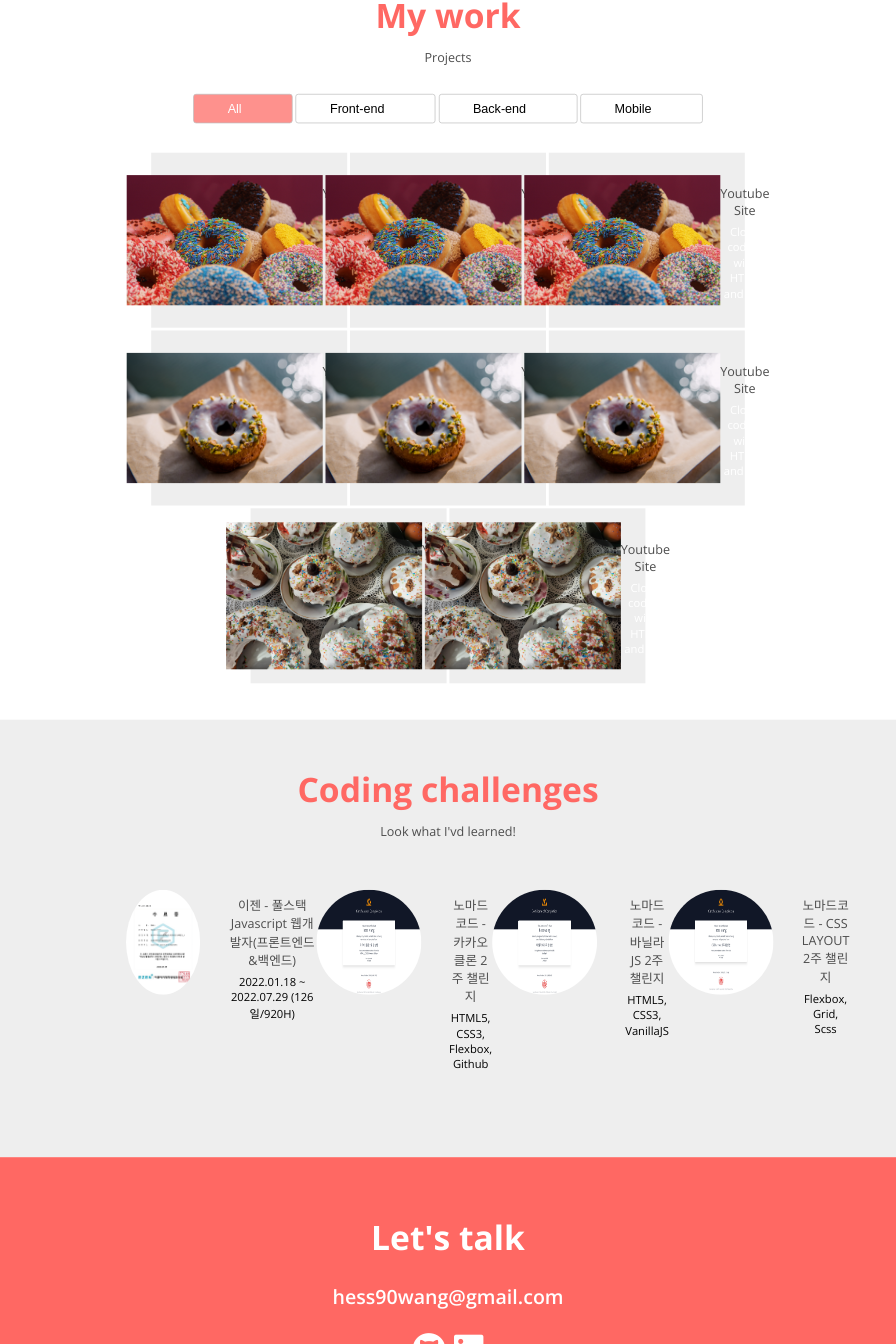
Repository: hesshess/Portfolio
Page: index.html
These files come from the project's save history. The page is drawn as it stood at one moment and after the next save; the edit follows.
The browser window is 1280 px wide. The pictures show the part of the page from y = 2463 to 4383 px (the page is 4524 px tall before and 4414 px after), at 70% of full size.
Some web libraries are served in a nearby version.

Above is the page before, as saved 2022-10-18 13:46:47.

### index.html
<!DOCTYPE html>
<html lang="en">
  <head>
    <meta charset="UTF-8" />
    <meta name="viewport" content="width=device-width, initial-scale=1.0" />
    <title>Hess's Portfolio</title>
    <meta
      name="description"
      content="Portfolio for world-renowed software engineer Hess"
    />
    <meta name="author" content="Hess" />
    <link rel="icon" type="image/png" href="imgs/favicon.png" />
    <script
      src="https://kit.fontawesome.com/1af2041847.js"
      crossorigin="anonymous"
    ></script>
    <link
      href="https://fonts.googleapis.com/css2?family=Amatic+SC:wght@400;700&family=Open+Sans:wght@400;600;700&display=swap"
      rel="stylesheet"
    />
    <link rel="stylesheet" href="style.css" />
    <script src="main.js" defer></script>
  </head>
  <body>
    <!-- Navbar -->
    <nav id="navbar">
      <div class="navbar__logo">
        <i class="fas fa-home"></i>
        <a href="#">Hess</a>
      </div>
      <div class="navbar__menu">
        <ul class="navbar__menu">
          <li class="navbar__menu__item active" data-link="#home">Home</li>
          <li class="navbar__menu__item" data-link="#about">About</li>
          <li class="navbar__menu__item" data-link="#skills">Skills</li>
          <li class="navbar__menu__item" data-link="#work">My Work</li>
          <li class="navbar__menu__item" data-link="#testimonials">
            Testimonial
          </li>
          <li class="navbar__menu__item" data-link="#contact">Contact</li>
        </ul>
      </div>
      <!-- Toggle button -->
      <button class="navbar__toggle-btn">
        <i class="fas fa-bars"></i>
      </button>
    </nav>
    <!-- Home -->
    <section id="home">
      <div class="home__container">
        <img
          src="imgs/profile.JPG"
          alt="Hess's profile Photo"
          class="home__avatar"
        />

        <h1 class="home__title">Hello, <br />I'm Hess</h1>
        <h2 class="home__description">
          A Softerware Engineer currently residing in Newry, Northern Ireland.
        </h2>
        <button class="home__contact" data-link="#contact">Contact Me</button>
      </div>
    </section>

    <!-- About -->

    <section id="about" class="section section__container">
      <h1>About me</h1>
      <p>Enthusiasic Fast Learner who's also interested in Back-end</p>
      <div class="about__majors">
        <div class="major">
          <div class="major__icon">
            <i class="fab fa-html5"></i>
          </div>
          <h2 class="major__title">Front-end</h2>
          <div class="major__description">
            HTML, CSS, JavaScript, TypeScript,<br />React,Vue, Web APIs
          </div>
        </div>
        <div class="major">
          <div class="major__icon">
            <i class="fas fa-mobile-alt"></i>
          </div>
          <h2 class="major__title">Mobile</h2>
          <div class="major__description">
            Android, iOS, React Native, Flutter,<br />Java, Swift, Kotlin
          </div>
        </div>
        <div class="major">
          <div class="major__icon">
            <i class="fas fa-server"></i>
          </div>
          <h2 class="major__title">Back-end</h2>
          <div class="major__description">
            Java, JavaScript, Go, NodeJS,<br />Rest APIs, GraphGL
          </div>
        </div>
      </div>
      <div class="about__jobs">
        <div class="job">
          <img
            src="imgs/jobs/city.png"
            alt="City Cuty Free"
            class="job__logo"
          />
          <div class="job__description">
            <p class="job__name">
              As a chasier, I worked at the Incheon International Airport.
            </p>
            <p class="job__period">2018 OCT - 2019 OCT</p>
          </div>
        </div>
        <div class="job">
          <img
            src="imgs/jobs/scenic.jpeg"
            alt="Scenic Hotel"
            class="job__logo"
          />
          <div class="job__description">
            <p class="job__name">
              As a housekeeper, I worked at the Scenic Hotel in New Zealand.
            </p>
            <p class="job__period">2017 NOV - 2018 MAY</p>
          </div>
        </div>
        <div class="job">
          <img
            src="imgs/jobs/bik.png"
            alt="BIK Kindergarten"
            class="job__logo"
          />
          <div class="job__description">
            <p class="job__name">
              As an asistance teacher, I helped out the children.
            </p>
            <p class="job__period">2016 SEP - 2017 June</p>
          </div>
        </div>
      </div>
    </section>

    <!-- Skills -->
    <section id="skills" class="section">
      <div class="section__container">
        <h1>Skills</h1>
        <h2>Skills & Attributes</h2>
        <p>
          Experience with all phases of the software life-cycle. Passion for
          learning new technologies. Capable of working within a team
          environment and independently. Ability to plan and time schedule, work
          under strict time pressure and adapt quickly when needed.
        </p>
        <div class="skillset">
          <div class="skillset__left">
            <h3 class="skillset__title">Skills</h3>
            <div class="skill">
              <div class="skill__description">
                <span>HTML</span>
                <span>99%</span>
              </div>
              <div class="skill__bar">
                <div class="skill__value" style="width: 99%"></div>
              </div>
            </div>
            <div class="skill">
              <div class="skill__description">
                <span>CSS</span>
                <span>89%</span>
              </div>
              <div class="skill__bar">
                <div class="skill__value" style="width: 89%"></div>
              </div>
            </div>
            <div class="skill">
              <div class="skill__description">
                <span>JavaScript</span>
                <span>79%</span>
              </div>
              <div class="skill__bar">
                <div class="skill__value" style="width: 79%"></div>
              </div>
            </div>
            <div class="skill">
              <div class="skill__description">
                <span>TypeScript</span>
                <span>69%</span>
              </div>
              <div class="skill__bar">
                <div class="skill__value" style="width: 69%"></div>
              </div>
            </div>
            <div class="skill">
              <div class="skill__description">
                <span>React</span>
                <span>59%</span>
              </div>
              <div class="skill__bar">
                <div class="skill__value" style="width: 59%"></div>
              </div>
            </div>
            <div class="skill">
              <div class="skill__description">
                <span>NodeJS</span>
                <span>49%</span>
              </div>
              <div class="skill__bar">
                <div class="skill__value" style="width: 49%"></div>
              </div>
            </div>
          </div>
          <div class="skillset__right">
            <div class="tools">
              <h3 class="skillset__title">Tools</h3>
              <ul class="tools__list">
                <li><span>Visual Studio Code</span></li>
                <li><span>Adobe Premiere Pro</span></li>
                <li><span>Apple Logic</span></li>
                <li><span>Apple Finalcut Pro</span></li>
                <li><span>Cinema 4d</span></li>
              </ul>
            </div>
            <div class="etc">
              <h3 class="skillset__title">Etc</h3>
              <ul class="etc__list">
                <li><span>Git</span></li>
                <li><span>Sing</span></li>
                <li><span>Dance</span></li>
              </ul>
            </div>
          </div>
        </div>
      </div>
    </section>
    <!-- Work -->
    <section id="work" class="section">
      <div class="section__container">
        <h1>My work</h1>
        <h3>Projects</h3>
        <div class="work__categories">
          <button class="category__btn active" data-filter="*">
            All<span class="category__count">8</span>
          </button>
          <button class="category__btn" data-filter="front-end">
            Front-end<span class="category__count">3</span>
          </button>
          <button class="category__btn" data-filter="back-end">
            Back-end<span class="category__count">3</span>
          </button>
          <button class="category__btn" data-filter="mobile">
            Mobile<span class="category__count">2</span>
          </button>
        </div>

        <div class="work__projects">
          <a
            href="깃허브링크"
            class="project"
            target="blank"
            data-type="front-end"
          >
            <img src="imgs/projects/1.jpg" alt="Youtube" class="project__img" />
            <div class="testimonial__description">
              <h3>Youtube Site</h3>
              <span>Clone coding with HTML and CSS</span>
            </div>
          </a>
          <a
            href="깃허브링크"
            class="project"
            target="blank"
            data-type="front-end"
          >
            <img src="imgs/projects/1.jpg" alt="Youtube" class="project__img" />
            <div class="testimonial__description">
              <h3>Youtube Site</h3>
              <span>Clone coding with HTML and CSS</span>
            </div>
          </a>
          <a
            href="깃허브링크"
            class="project"
            target="blank"
            data-type="front-end"
          >
            <img src="imgs/projects/1.jpg" alt="Youtube" class="project__img" />
            <div class="testimonial__description">
              <h3>Youtube Site</h3>
              <span>Clone coding with HTML and CSS</span>
            </div>
          </a>
          <a
            href="깃허브링크"
            class="project"
            target="blank"
            data-type="back-end"
          >
            <img src="imgs/projects/2.jpg" alt="Youtube" class="project__img" />
            <div class="testimonial__description">
              <h3>Youtube Site</h3>
              <span>Clone coding with HTML and CSS</span>
            </div>
          </a>
          <a
            href="깃허브링크"
            class="project"
            target="blank"
            data-type="back-end"
          >
            <img src="imgs/projects/2.jpg" alt="Youtube" class="project__img" />
            <div class="testimonial__description">
              <h3>Youtube Site</h3>
              <span>Clone coding with HTML and CSS</span>
            </div>
          </a>
          <a
            href="깃허브링크"
            class="project"
            target="blank"
            data-type="back-end"
          >
            <img src="imgs/projects/2.jpg" alt="Youtube" class="project__img" />
            <div class="testimonial__description">
              <h3>Youtube Site</h3>
              <span>Clone coding with HTML and CSS</span>
            </div>
          </a>
          <a
            href="깃허브링크"
            class="project"
            target="blank"
            data-type="mobile"
          >
            <img src="imgs/projects/3.jpg" alt="Youtube" class="project__img" />
            <div class="testimonial__description">
              <h3>Youtube Site</h3>
              <span>Clone coding with HTML and CSS</span>
            </div>
          </a>
          <a
            href="깃허브링크"
            class="project"
            target="blank"
            data-type="mobile"
          >
            <img src="imgs/projects/3.jpg" alt="Youtube" class="project__img" />
            <div class="testimonial__description">
              <h3>Youtube Site</h3>
              <span>Clone coding with HTML and CSS</span>
            </div>
          </a>
        </div>
      </div>
    </section>
    <!-- Testimonials -->
    <section id="testimonials" class="section">
      <div class="section__container">
        <h1>Coding challenges</h1>
        <h3>Look what I'vd learned!</h3>
        <div class="testimonials">
          <div class="testimonial">
            <img
              src="imgs/testimonial/certificate1.jpg"
              class="testimonial__avatar"
            />
            <div class="testimonial__description">
              <h3>이젠 - 풀스택 Javascript 웹개발자(프론트엔드&백엔드)</h3>
              <span>2022.01.18 ~ 2022.07.29 (126일/920H)</span>
            </div>
          </div>

          <div class="testimonial">
            <img
              src="imgs/testimonial/nomad1.jpg"
              class="testimonial__avatar"
            />
            <div class="testimonial__description">
              <h3>노마드코드 - 카카오 클론 2주 챌린지</h3>
              <span>HTML5, CSS3, Flexbox, Github</span>
          </div>
          </div>
          <div class="testimonial">
            <img
              src="imgs/testimonial/nomad2.jpg"
              class="testimonial__avatar"
            />
            <div class="testimonial__description">
              <h3>노마드코드 - 바닐라 JS 2주 챌린지</h3>
              <span>HTML5, CSS3, VanillaJS</span>
          </div></div>
          <div class="testimonial">
            <img
              src="imgs/testimonial/nomad3.jpg"
              class="testimonial__avatar"
            />
            <div class="testimonial__description">
              <h3>노마드코드 - CSS LAYOUT 2주 챌린지</h3>
              <span>Flexbox, Grid, Scss</span>
          </div>
        </div>
      </div>
    </section>
    <!-- Contact -->
    <section id="contact" class="section">
      <h1 class="contact__title">Let's talk</h1>
      <h2>
        <a href="mailto:hess90wang@gmail.com" class="contact__email"
          >hess90wang@gmail.com</a
        >
      </h2>
      <div class="contact__links">
        <a href="https://github.com/hesshess" target="_blank">
          <i class="fab fa-github"></i>
        </a>
        <a
          href="https://www.linkedin.com/in/hess-wang-294197254/"
          target="_blank"
        >
          <i class="fa fa-linkedin-square"></i
        ></a>
      </div>
      <p class="contact__rights">2020 HESS Cottage - All rights reserved</p>
    </section>

    <!-- Arrow up -->
    <button class="arrow-up">
      <i class="fas fa-arrow-up"></i>
    </button>
  </body>
</html>

### style.css
/* Global */
:root {
  /* Color */

  --color-white: #ffffff;

  --color-light-white: #eeeeee;

  --color-dark-white: #bdbdbd;

  --color-pink: #fe918d;

  --color-dark-pink: #ff6863;

  --color-dark-grey: #4d4d4d;

  --color-grey: #616161;

  --color-light-grey: #7c7979;

  --color-blue: #73aace;

  --color-yellow: #fff7d1;

  --color-orange: #feb546;

  --color-black: #000000;

  /* Font size */

  --font-large: 48px;

  --font-medium: 28px;

  --font-regular: 18px;

  --font-small: 16px;

  --font-micro: 14px;

  /* Font weight */

  --weight-bold: 700;

  --weight-semi-bold: 600;

  --weight-regular: 400;

  /* Size */
  --size-border-radius: 4px;

  /* Animation */
  --animation-duration: 300ms;
}

/* Universal tags */
* {
  box-sizing: border-box;
}

body {
  margin: 0;
  font-family: "Open Sans", sans-serif;
  cursor: default;
}

a {
  text-decoration: none;
  color: var(--color-white);
}
ul {
  list-style: none;
  padding-left: 0;
}
li {
  list-style: none;
}

button {
  background-color: transparent;
  cursor: pointer;
  border: none;
  outline: none;
}

/* Typography */
h1 {
  font-size: var(--font-large);
  font-weight: var(--weight-bold);
  color: var(--color-dark-pink);
  margin: 16px 0;
}

h2 {
  font-size: var(--font-medium);
  font-weight: var(--weight-semi-bold);
  color: var(--color-dark-grey);
  margin: 8px 0;
}

h3 {
  font-size: var(--font-regular);
  font-weight: var(--weight-regular);
  color: var(--color-dark-grey);
  margin: 8px 0;
}

p {
  font-size: var(--font-regular);
  font-weight: var(--weight-regular);
  color: var(--color-light-grey);
  margin: 4px 0;
}

/* Navbar */
#navbar {
  position: fixed;
  width:100%;
  display: flex;
  justify-content: space-between;
  background-color: transparent;
  align-items: center;
  color: var(--color-dark-white);
  padding: 10px;
  transition: all var(--animation-duration) ease-in-out;
  z-index:1;
}
#navbar.navbar--dark{
  background-color: var(--color-pink);
  color:var(--color-white);
  padding: 5px;

}
.navbar__menu {
  display: flex;
  margin: 4px 0;
}

.navbar__logo {
  font-size: var(--font-medium);
  font-weight: var(--weight-semi-bold);
  padding-left: 10px;
}
.navbar__menu__item {
  padding: 4px 6px;
  margin: 0 4px;
  cursor: pointer;
  border-radius: var(--size-border-radius);
}

.navbar__menu__item.active {
  border: 1.5px solid var(--color-pink);
}

.navbar__menu__item:hover {
  background-color: var(--color-dark-pink);
  border-radius: var(--size-border-radius);
}

.navbar__toggle-btn{
  position: absolute;
  top:10px;
  right:16px;
  font-size: 24px;
  color:var(--color-white);
  display:none;

}

/* Home */
#home {
  background: url("imgs/home-background.png") center/cover no-repeat;
  padding: 40px;
  padding-top:120px;
  text-align: center;
}

.home__avatar {
  width: 250px;
  height: 250px;
  border-radius: 50%;
  border: 3px solid var(--color-pink);
}

.home__title,
.home__description {
  color: var(--color-light-grey);
}
.home__contact {
  color: var(--color-grey);
  font-size: var(--font-regular);
  font-weight: var(--weight-bold);
  margin: 24px;
  padding: 8px 12px;
  border: 2px solid var(--color-light-grey);
  border-radius: var(--size-border-radius);
}

/* Section Common*/
.section {
  text-align: center;
  padding: 50px;
  margin: auto;
}

.section__container {
  max-width: 1000px;
  margin: auto;
}

/* About */
.about__majors {
  display: flex;
  justify-content: space-between;
  margin: 80px 0;
}


.major__icon {
  width: 170px;
  height: 170px;
  font-size: 70px;
  line-height: 170px;
  color: var(--color-dark-pink);
  margin: auto;
  border: 1px solid var(--color-dark-pink);
  border-radius: 50%;
  margin-bottom: 16px;
}

.major__icon i {
  transition: all var(--animation-duration) ease;
}

.major__icon:hover i {
  color: var(--color-pink);
  transform: rotate(30deg) scale(1.2);
}

.major__title,
.major__description {
  color: var(--color-dark-grey);
}

.major__description {
  font-size: var(--font-small);
}

.job {
  display: flex;
  align-items: center;
}

.job__description {
  margin: 0 16px;
  text-align: left;
}

.job__name,
.job__period {
  color: var(--color-light-grey);
}

.job__name {
  font-size: var(--font-small);
}

.job__period {
  font-size: var(--font-micro);
}

.job__logo {
  width: 80px;
  height: 80px;
  border-radius: 50%;
  margin-right: 20px;
}

/* Skill */
#skills {
  background-color: var(--color-yellow);
}

.skillset {
display: flex;
background-color:var(--color-light-grey);
color:var(--color-light-white);
margin:20px 0;
}

.skillset__title{
    color:var(--color-white);

}

.skillset__left{
flex-basis: 60%;
background-color:var(--color-dark-grey);
padding: 20px 40px;
}

.skill{
  margin-bottom: 32px;
}

.skill__description{
    display:flex;
    justify-content: space-between;

}

.skill__bar{
  width: 100%;
  height:3px;
  background-color: var(--color-grey);

}
.skill__value{
  height:3px;
  background-color: var(--color-orange);
}

.skillset__right{
flex-basis: 40%;
}

.tools {
    background-color: var(--color-grey);
}

.tools, .etx{
  padding: 20px;
}

/* Work */


.work__categories {
  margin:40px;
}
.category__btn{
  border: 1px solid var(--color-dark-white);
  border-radius:  var(--size-border-radius);
  font-size:var(--font-regular);
  padding: 8px 48px;
}

.category__btn.active, .category__btn:hover{
  background-color: var(--color-pink);
  color: var(--color-white);
}

.category__btn .active .category__count,.category__btn:hover .category__count {
  opacity: 1;
  top: 0;
}



.category__count{
  background-color: var(--color-orange);
  border-radius: 50%;
  color:var(--color-white);
  width:24px;
  height:24px;
  display: inline-block;
  line-height: 24px ;
  position:relative;
  top: -20px;
  left:4px;
  opacity:0;
  transition: all var(--animation-duration) ease-in;

}

 .work__projects{
   display:flex;
   flex-wrap:wrap;
   justify-content: center;
   opacity:1;
   transition: all var(--animation-duration) ease-out;

 }
 .work__projects.anim-out{
   opacity:0;
   transform: scale(0.96) translateY(40px);
 }

 .project {
   position: relative;
   display:flex;
   justify-content: center;
   align-items: center;
   width:280px;
   height:250px;
   margin:2px;
   background-color: var(--color-light-white);

 }
 .project.invisible{
   display:none;
 }

 .project__img{
   max-width:100%;
   max-height:100%;
 }

 .project__description{
   position: absolute;
   background-color: black;
   display: flex;
   flex-direction: column;
   justify-content: center;
   width:100%;
   height:100%;
   top:0;
   left:0;
   opacity:0;
   transform:translateY(10px);
   transition: all var(--animation-duration) ease-in;
 }
 .project:hover .project__description{
opacity:0.8;
transform:translateY(0px);
 }

 .project__description h3{
   color:var(--color-white);

 }

 .project__description h3:after{
   display: block;
   content:'';
   position: relative;
   left:50%;
   width:25px;
   height:2px;
   margin-left: -12px;
   margin-top: 8px;
   background-color: var(--color-dark-white);
 }


/* testimonial */
#testimonials{
  background-color: var(--color-light-white);

}

.testimonials {
  margin: 40px;
  display: flex;
  justify-content: space-around;
}

.testimonial{
  display: flex;
margin:32px 0;
transition: all var(--animation-duration) ease-in;
}
.testimonial:hover {
  transform: scale(1.5);
}
.testimonial .project__description{
  opacity:0.8;
  transform:translateY(0px);
   }

.testimonial__avatar{
  width:150px;
  height:150px;
  border-radius: 50%;

}
.testimonial__avatar:nth-child(odd){
  margin-right:40px;
}
.testimonial__avatar:nth-child(even){
  margin-left:40px;
}

.testimonial__speech-bubble{
  padding:18px;
  background-color: var(--color-white);
  border-radius: var(--size-border-radius);
}

.testimonial__speech-bubble p {
  color: var(--color-light-grey);

}

.testimonial__speech-bubble a{
  color: var(--color-pink);
}

/* Contact */

#contact{
  background-color: var(--color-dark-pink);


}
.contact__title, .contact__email, .contact__rights{
  color: var(--color-white);
}

.contact__title{
  margin: 32px 0;

}

.contact__links{
  font-size: var(--font-large);
  margin: 24px 0px;
  transition: all var(--animation-duration) ease-in;

}

.contact__links i:hover {
  transform: scale(1.3);
  color:var(--color-orange);

}


/* Scroll */
.arrow-up{
  position:fixed;
  bottom: 50px;
  right:50px;
  width:70px;
  height:70px;
  font-size: 50px;
  background-color: var(--color-pink);
  color: var(--color-white);
  border-radius: 50%;
  opacity:0;
  pointer-events: none ;
  transition: all var(--animation-duration) ease-in
}

.arrow-up.visible {
  opacity:1;
  pointer-events: auto;
}


/* For below 768px screen width */

@media screen and (max-width:768px){
.navbar__toggle-btn{
  display:block;

}
#navbar{
  font-display: column;
align-items:flex-start;
}
.navbar__menu{
  flex-direction: column;
  text-align: center;
  width:100%;
  display:none;

}

.about__majors{
  flex-direction: column;

}
.major{
margin-bottom: 38px;

}

.skillset {
  flex-direction: column;

}

.project{
  flex-grow: 1;
}

.testimonial__avatar{
  width:80px;
  height:80px;
}



}

Loaded but not shown: main.js (81 lines, source omitted)

After the next save:
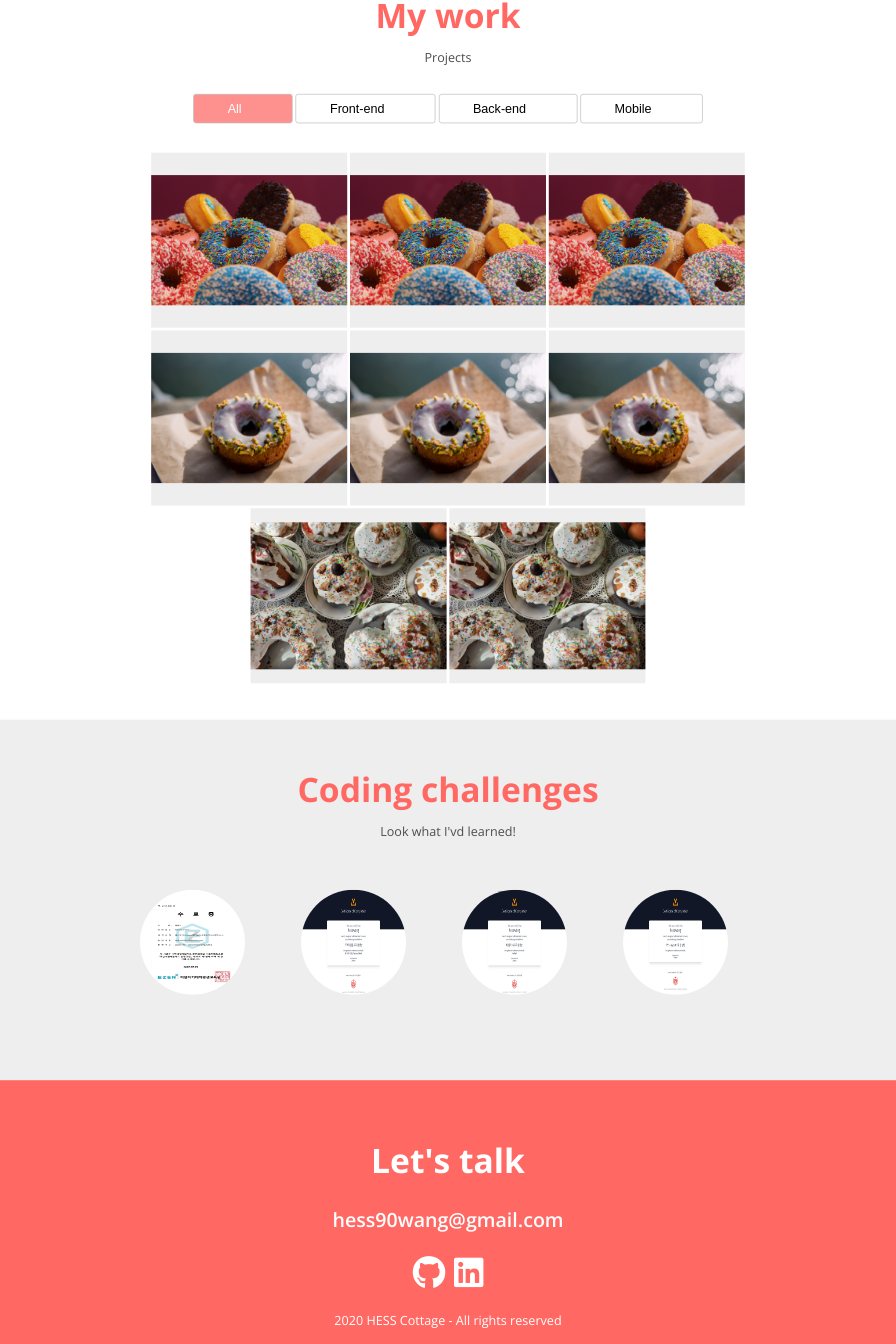
Saved 3 min 49 s later.
--- a/style.css
+++ b/style.css
@@ -406,7 +406,7 @@
    max-height:100%;
  }
 
- .project__description{
+ .project__description , .testimonial__description{
    position: absolute;
    background-color: black;
    display: flex;
